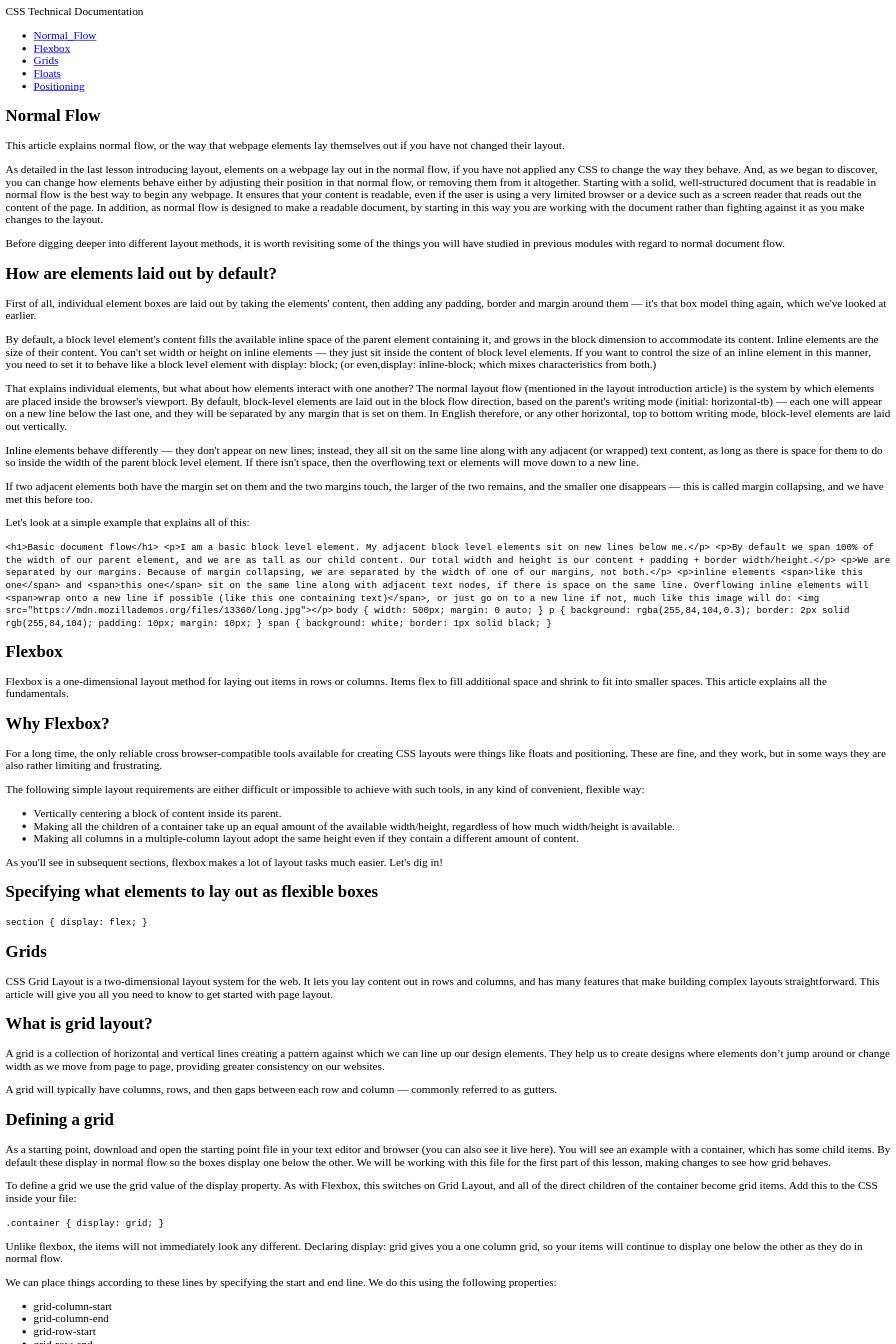
Repository: Colo-Codes/freecodecamp-04-Technical-Documentation-Page
Page: index.html
These files come from the project's save history. The page is drawn as it stood at one moment and after the next save; the edit follows.
The browser window is 1280 px wide. The pictures show the part of the page from y = 0 to 1920 px (the page is 3095 px tall before and 3054 px after), at 70% of full size.

Above is the page before, as saved 2021-05-21 10:33:58.

After the next save:
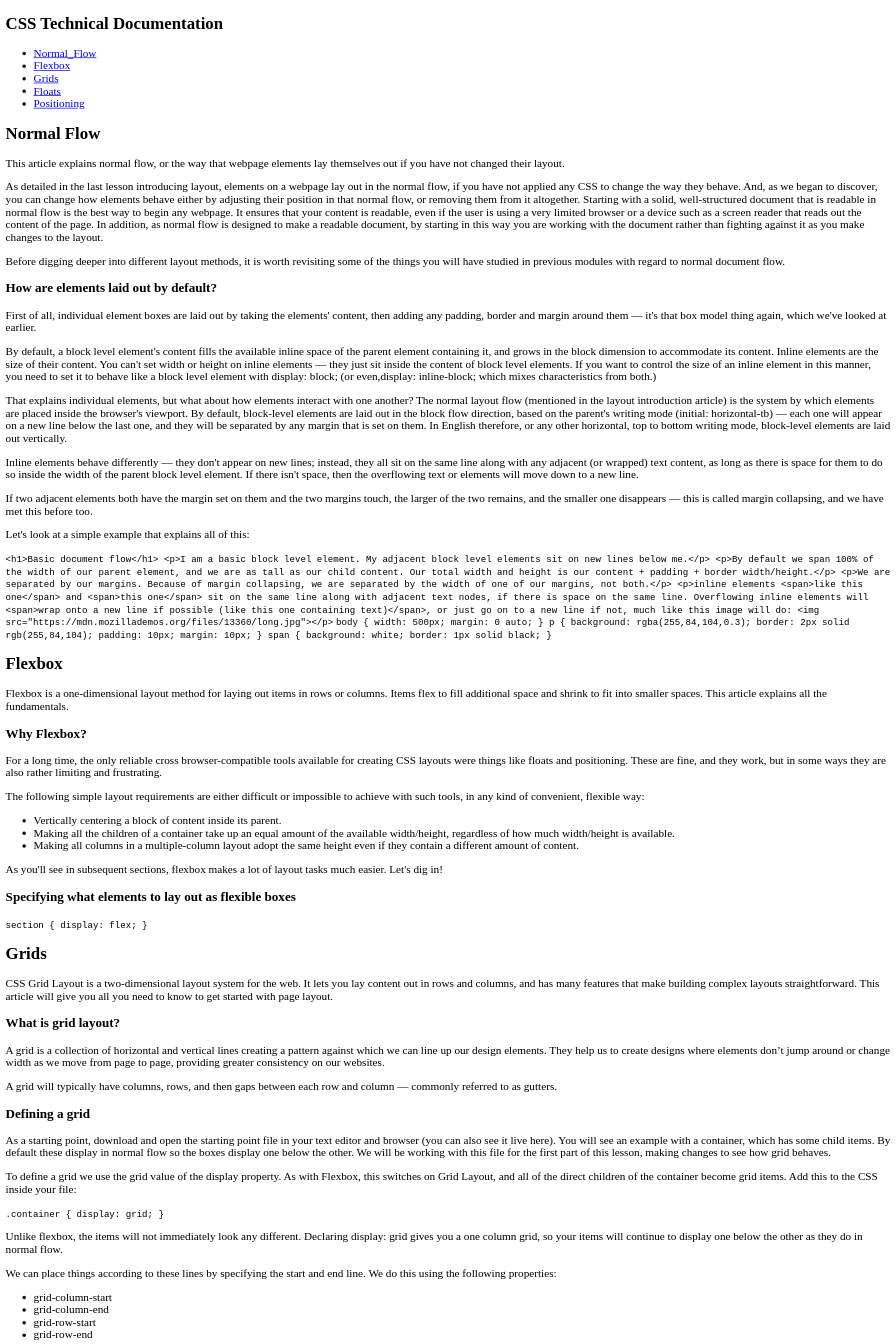
Saved 62 s later.
--- a/index.html
+++ b/index.html
@@ -12,7 +12,9 @@
     <header>
         <nav id="navbar">
             <!-- On the left of screen, fixed (visible) -->
-            <header>CSS Technical Documentation</header>
+            <header>
+                <h1>CSS Technical Documentation</h1>
+            </header>
             <ul>
                 <li><a href="#Normal_Flow" class="nav-link">Normal_Flow</a></li>
                 <li><a href="#Flexbox" class="nav-link">Flexbox</a></li>
@@ -26,7 +28,7 @@
         <!-- technical documentation -->
         <section class="main-section" id="Normal_Flow">
             <header>
-                <h1>Normal Flow</h1>
+                <h2>Normal Flow</h2>
             </header>
             <p>This article explains normal flow, or the way that webpage elements lay themselves out if you have not
                 changed their
@@ -48,7 +50,7 @@
             <p>Before digging deeper into different layout methods, it is worth revisiting some of the things you will
                 have studied
                 in previous modules with regard to normal document flow.</p>
-            <h2>How are elements laid out by default?</h2>
+            <h3>How are elements laid out by default?</h3>
             <p>First of all, individual element boxes are laid out by taking the elements' content, then adding any
                 padding, border
                 and margin around them — it's that box model thing again, which we've looked at earlier.
@@ -118,11 +120,11 @@
 
         <section class="main-section" id="Flexbox">
             <header>
-                <h1>Flexbox</h1>
+                <h2>Flexbox</h2>
             </header>
             <p>Flexbox is a one-dimensional layout method for laying out items in rows or columns. Items flex to fill
                 additional space and shrink to fit into smaller spaces. This article explains all the fundamentals.</p>
-            <h2>Why Flexbox?</h2>
+            <h3>Why Flexbox?</h3>
             <p>For a long time, the only reliable cross browser-compatible tools available for creating CSS layouts were
                 things like floats and positioning. These are fine, and they work, but in some ways they are also rather
                 limiting and frustrating.</p>
@@ -136,7 +138,7 @@
                     different amount of content.</li>
             </ul>
             <p>As you'll see in subsequent sections, flexbox makes a lot of layout tasks much easier. Let's dig in!</p>
-            <h2>Specifying what elements to lay out as flexible boxes</h2>
+            <h3>Specifying what elements to lay out as flexible boxes</h3>
             <code>section {
                 display: flex;
               }</code>
@@ -146,18 +148,18 @@
 
         <section class="main-section" id="Grids">
             <header>
-                <h1>Grids</h1>
+                <h2>Grids</h2>
             </header>
             <p>CSS Grid Layout is a two-dimensional layout system for the web. It lets you lay content out in rows and
                 columns, and has many features that make building complex layouts straightforward. This article will
                 give you all you need to know to get started with page layout.</p>
-            <h2>What is grid layout?</h2>
+            <h3>What is grid layout?</h3>
             <p>A grid is a collection of horizontal and vertical lines creating a pattern against which we can line up
                 our design elements. They help us to create designs where elements don’t jump around or change width as
                 we move from page to page, providing greater consistency on our websites.</p>
             <p>A grid will typically have columns, rows, and then gaps between each row and column — commonly referred
                 to as gutters.</p>
-            <h2>Defining a grid</h2>
+            <h3>Defining a grid</h3>
             <p>As a starting point, download and open the starting point file in your text editor and browser (you can
                 also see it live here). You will see an example with a container, which has some child items. By default
                 these display in normal flow so the boxes display one below the other. We will be working with this file
@@ -184,12 +186,12 @@
 
         <section class="main-section" id="Floats">
             <header>
-                <h1>Floats</h1>
+                <h2>Floats</h2>
             </header>
             <p>Originally for floating images inside blocks of text, the float property became one of the most commonly
                 used tools for creating multiple column layouts on webpages. With the advent of flexbox and grid it has
                 now returned to its original purpose, as this article explains.</p>
-            <h2>The background of floats</h2>
+            <h3>The background of floats</h3>
             <p>The float property was introduced to allow web developers to implement simple layouts involving an image
                 floating inside a column of text, with the text wrapping around the left or right of it. The kind of
                 thing you might get in a newspaper layout.</p>
@@ -199,7 +201,7 @@
                 information floated so they sit alongside one another (the default behavior would be for the columns to
                 sit below one another, in the same order as they appear in the source). There are newer, better layout
                 techniques available and so use of floats in this way should be regarded as a legacy technique.</p>
-            <h2>A simple float example</h2>
+            <h3>A simple float example</h3>
             <p>Let's explore how to use floats. We'll start with a really simple example involving floating a block of
                 text around an element. You can follow along by creating a new index.html file on your computer, filling
                 it with a simple HTML template, and inserting the below code into it at the appropriate places. At the
@@ -240,7 +242,7 @@
 
         <section class="main-section" id="Positioning">
             <header>
-                <h1>Positioning</h1>
+                <h2>Positioning</h2>
             </header>
             <p>Positioning allows you to take elements out of the normal document layout flow, and make them behave
                 differently; for example sitting on top of one another, or always remaining in the same place inside the
@@ -252,14 +254,14 @@
                 <li>Version: CSS2</li>
                 <li>JavaScript syntax: object.style.position="absolute"</li>
             </ul>
-            <h2>Introducing positioning</h2>
+            <h3>Introducing positioning</h3>
             <p>The whole idea of positioning is to allow us to override the basic document flow behavior described
                 above, to produce interesting effects. What if you want to slightly alter the position of some boxes
                 inside a layout from their default layout flow position, to give a slightly quirky, distressed feel?
                 Positioning is your tool. Or if you want to create a UI element that floats over the top of other parts
                 of the page, and/or always sits in the same place inside the browser window no matter how much the page
                 is scrolled? Positioning makes such layout work possible.</p>
-            <h2>Static positioning</h2>
+            <h3>Static positioning</h3>
             <p>Static positioning is the default that every element gets — it just means "put the element into its
                 normal position in the document layout flow — nothing special to see here."</p>
         </section>
